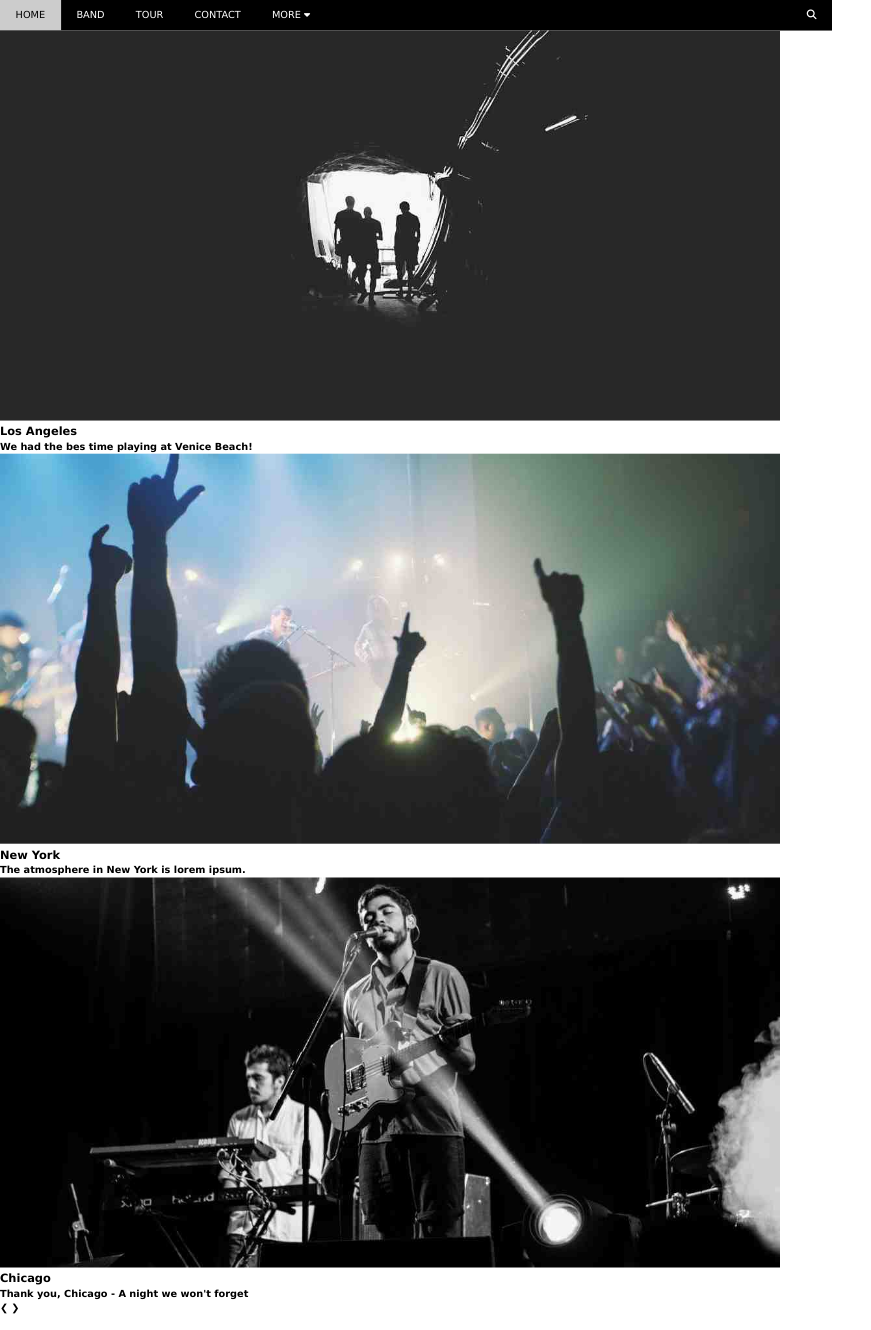
Repository: tam1512/The-Band
Page: index.html
The author's editor kept a copy of each file at every save. The page is drawn from the files as they stood at one save, then again after the next save.
The browser window is 1280 px wide. The page is 1280 px wide, then 1340 px, then 1280 px, so the pictures cover 1340 px, including what lies to the right of the window. The pictures show the whole page, at 65% of full size.
Some web libraries are served in a nearby version.

Above is the page before, as saved 2022-07-21 11:50:40.

After the next save:
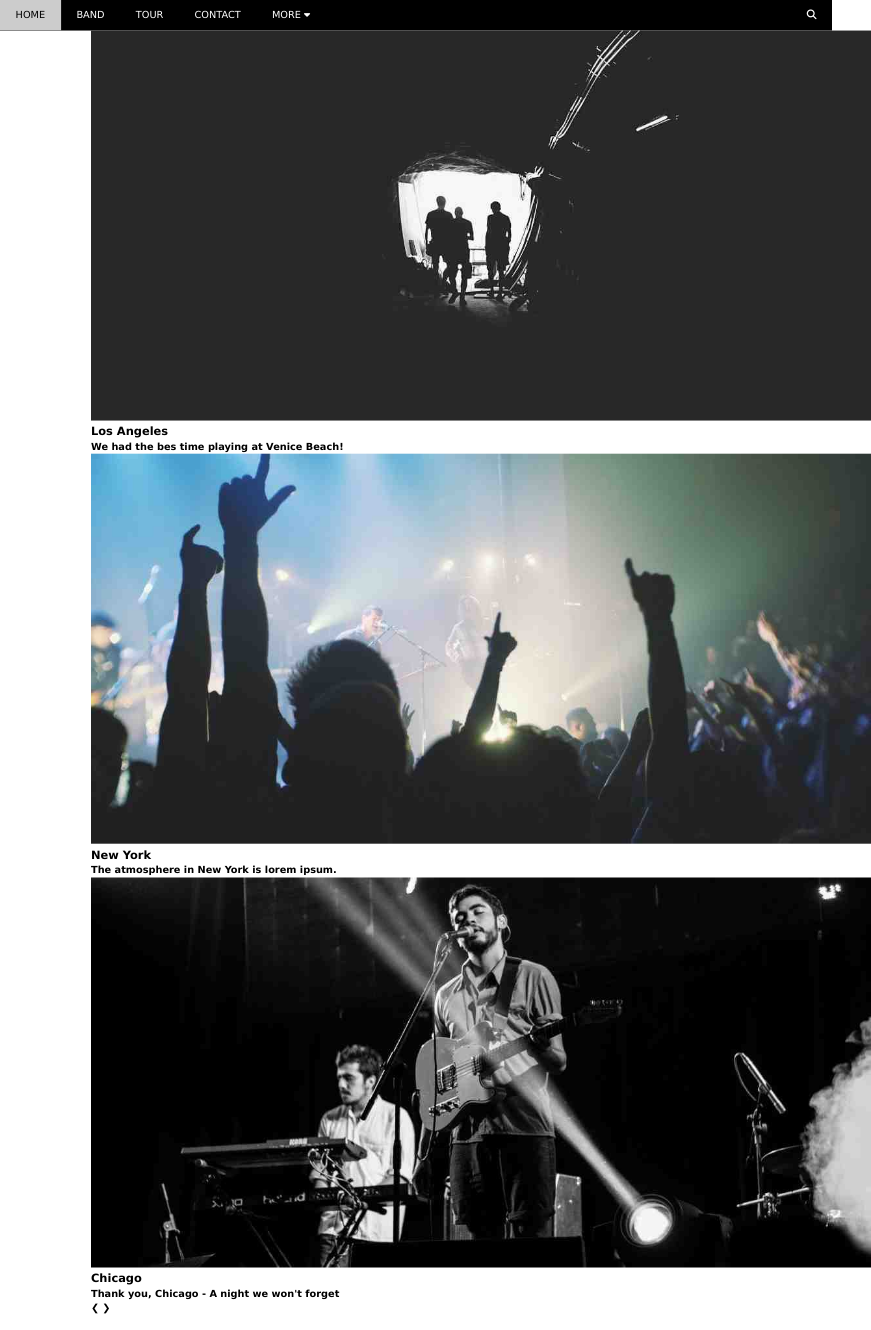
Saved 34 s later.
--- a/assets/css/style.css
+++ b/assets/css/style.css
@@ -90,4 +90,6 @@
 .slideshow-container {
   max-width: 1000px;
   min-height: 674px;
+  position: relative;
+  margin: auto;
 }

After the save that followed:
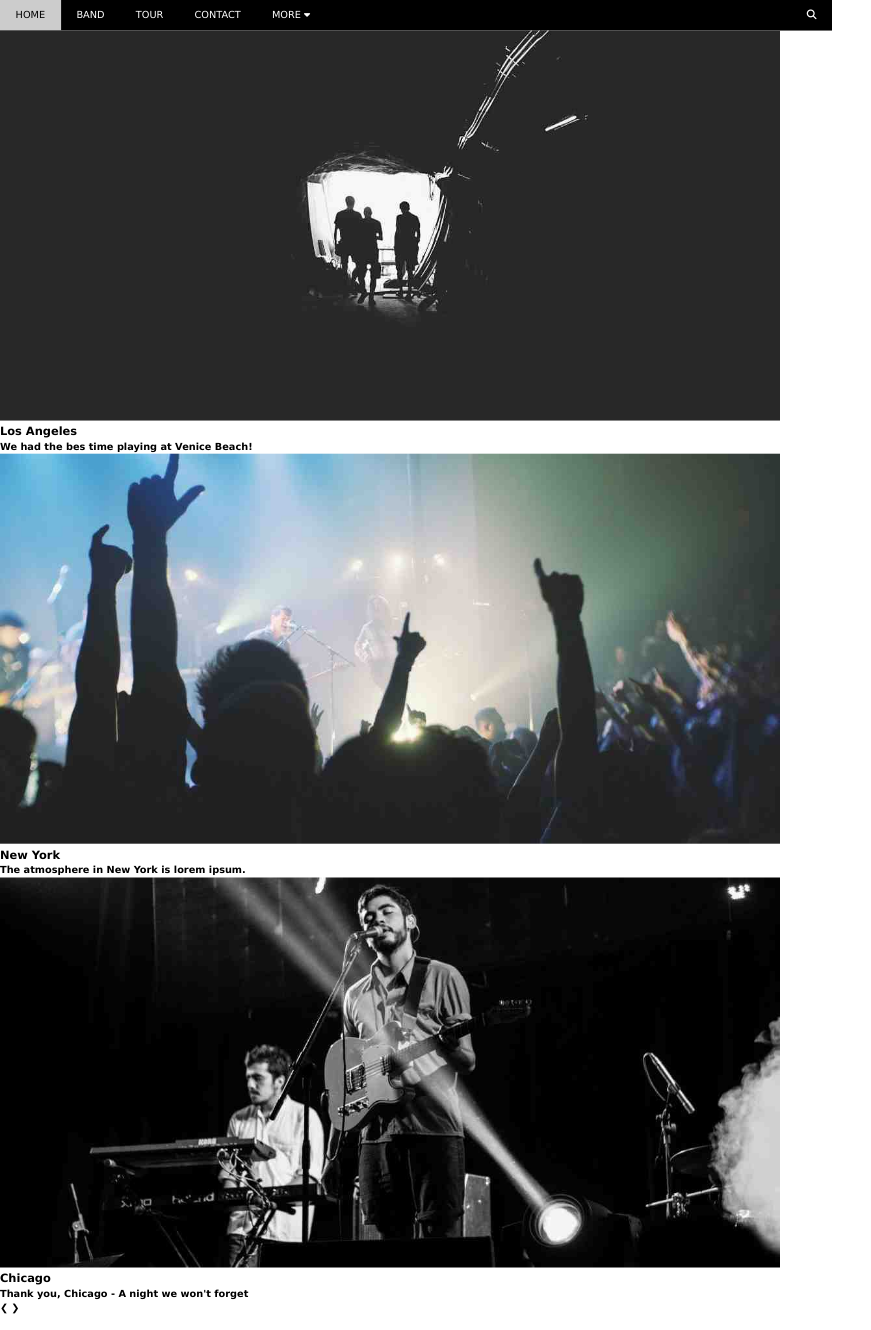
Saved 7 s later.
--- a/assets/css/style.css
+++ b/assets/css/style.css
@@ -91,5 +91,5 @@
   max-width: 1000px;
   min-height: 674px;
   position: relative;
-  margin: auto;
+  /* margin: auto; */
 }
